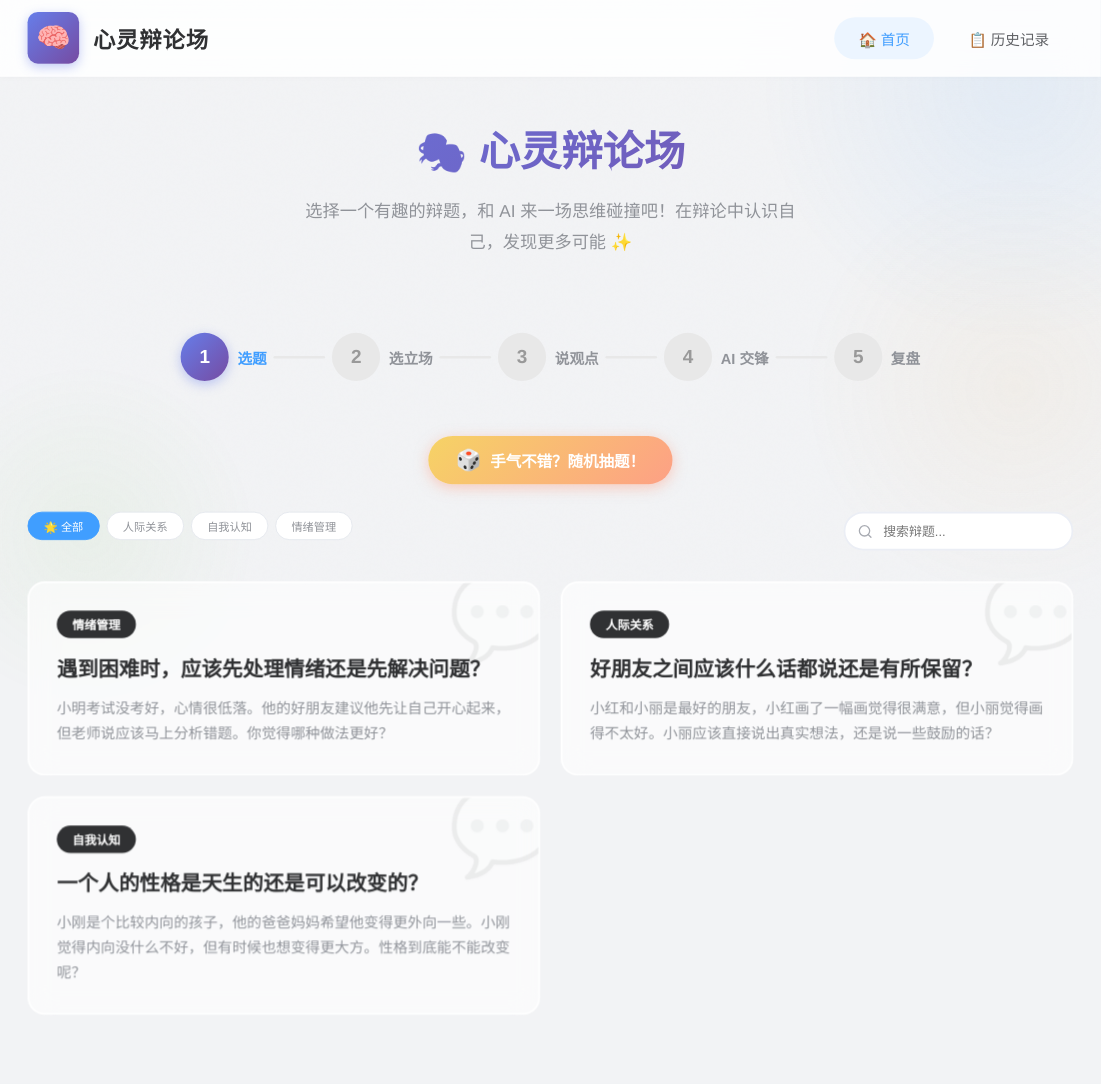
Repository: tabbycat7/psychology-debate
Page: http://localhost/
The author's editor kept a copy of each file at every save. The page is drawn from the files as they stood at one save, then again after the next save.
The browser window is 1280 px wide. The pictures show the whole page, at 86% of full size.
The page is served by the project's application, run on Flask 3 (app/app.py).

Above is the page before, as saved 2026-03-06 11:06:30.

After the next save:
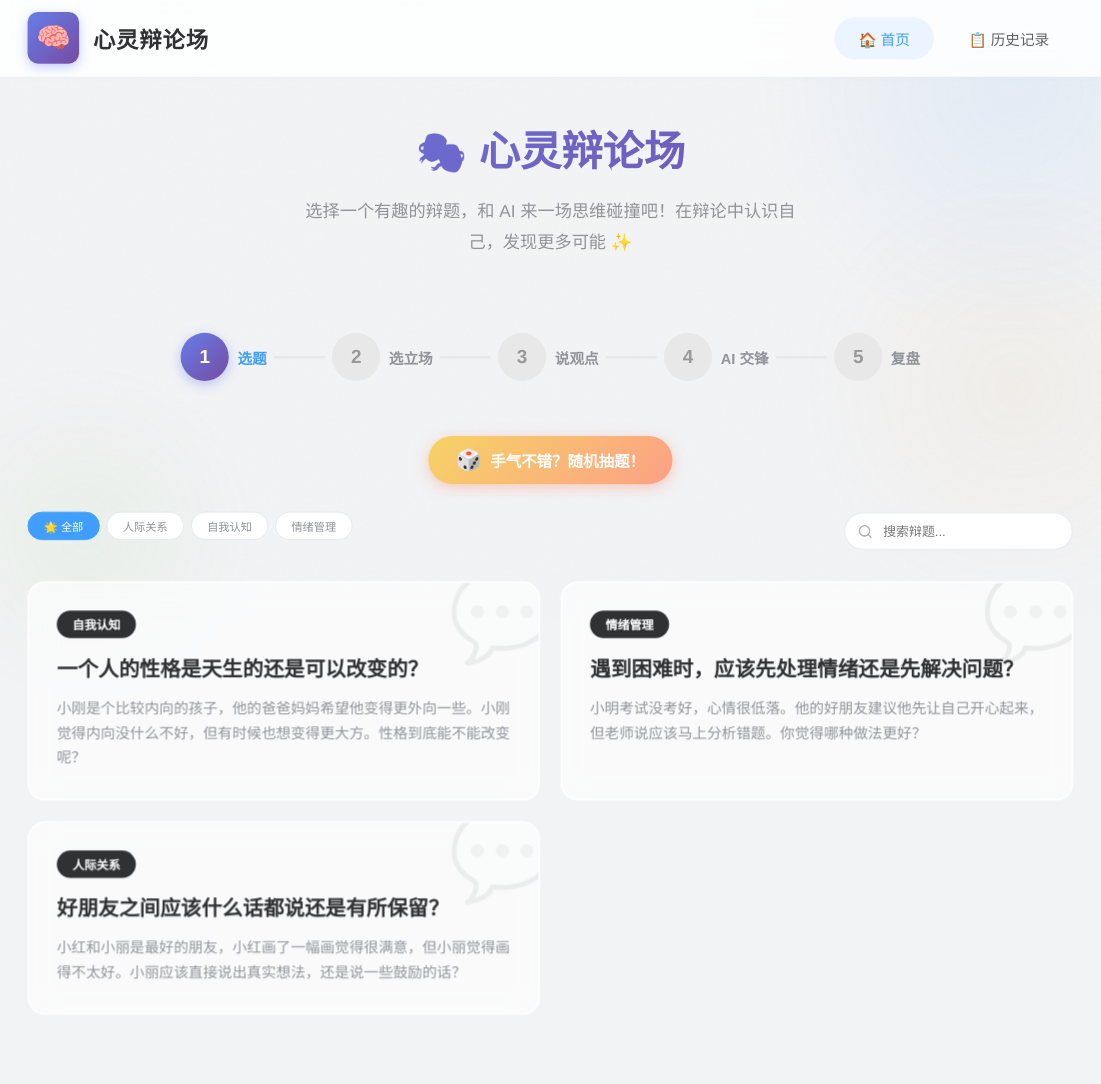
Saved 18 s later.
--- a/app/app.py
+++ b/app/app.py
@@ -32,10 +32,21 @@ app = create_app()
 
 @app.route('/')
 def index():
-    """首页 —— 辩题列表"""
-    topics = get_all_topics()
+    """首页 —— 辩题列表（每次刷新随机排序）"""
+    topics = get_all_topics().copy()
+    random.shuffle(topics)
     categories = get_all_categories()
     return render_template('index.html', topics=topics, categories=categories)
+
+
+@app.route('/api/random_topic')
+def random_topic():
+    """随机抽取一个辩题"""
+    topics = get_all_topics()
+    if not topics:
+        return jsonify({"success": False, "message": "暂无辩题"}), 404
+    topic = random.choice(topics)
+    return jsonify({"success": True, "topic": topic})
 
 
 @app.route('/debate/<topic_id>')
